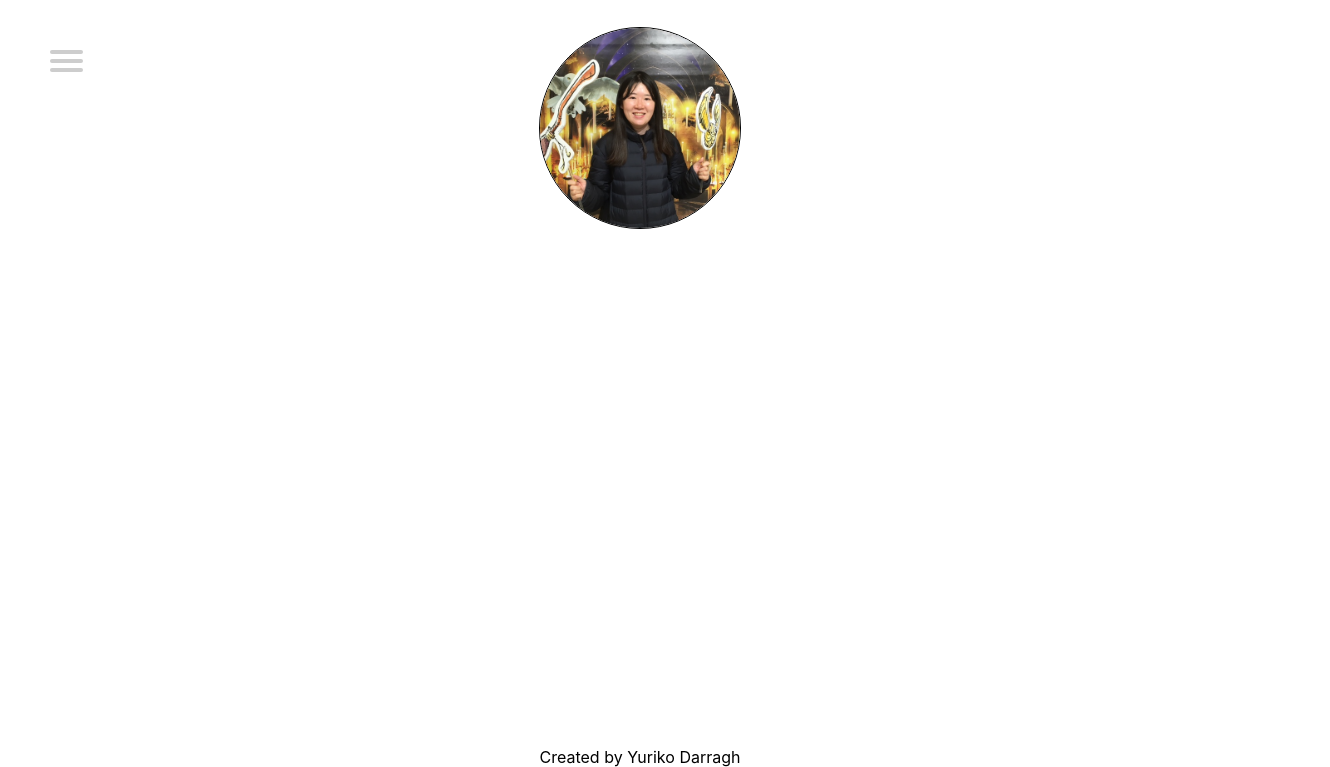
Repository: yuriko-pixel/react-portfolio
Page: /about
An editor plug-in stored every save of this project. The page is shown before and after the next save, followed by the edit.
The browser window is 1280 px wide. The page is 1330 px wide, so the pictures cover 1330 px, including what lies to the right of the window. The pictures show the whole page.
The project was rebuilt for these pictures with package versions that can differ from the ones it lists, and the page was loaded fresh each time. Also part of the build but not shown: src/components/worktemp.js, src/styles/top.module.scss, src/components/links.js, src/components/top.js, src/styles/works.module.scss, src/components/works.js, src/components/home.js.

Above is the page before, as saved 2021-05-19 12:30:02.

After the next save:
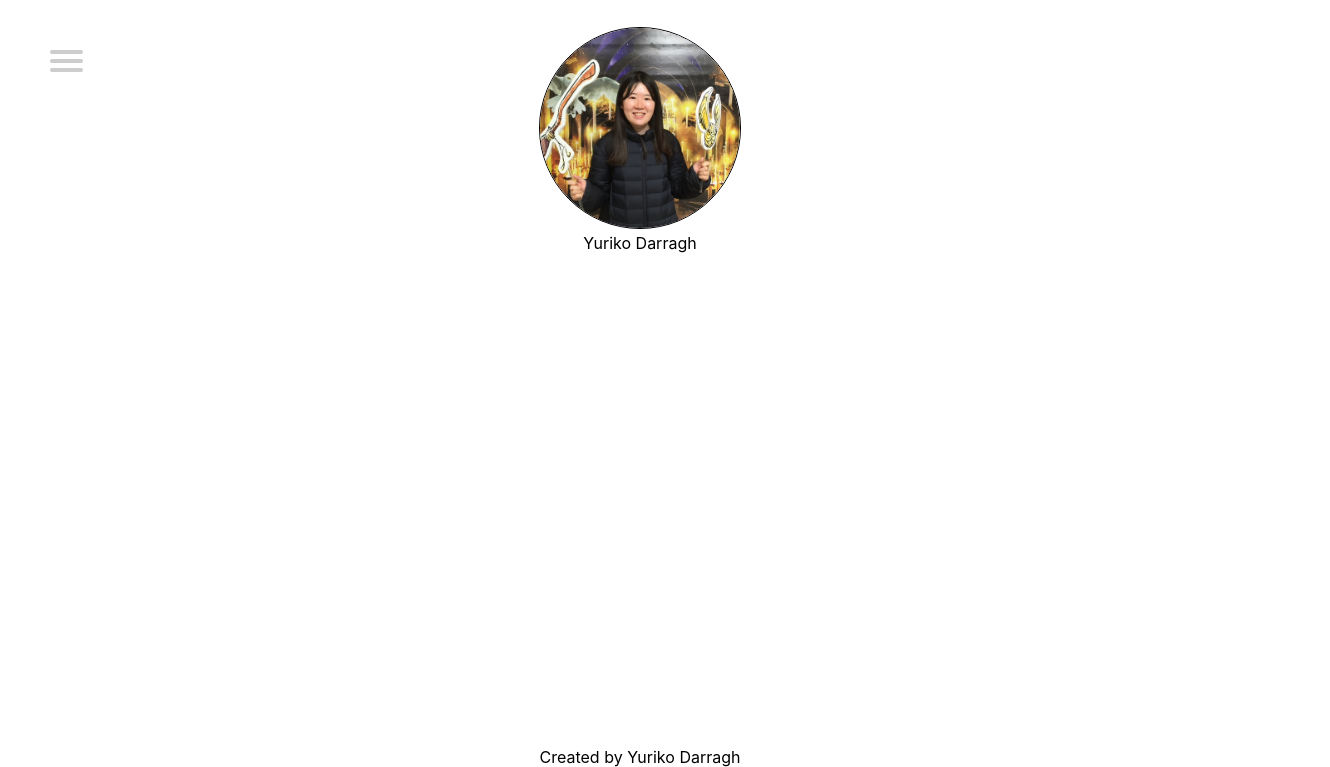
Saved 2 min 51 s later.
--- a/src/components/about.js
+++ b/src/components/about.js
@@ -7,6 +7,9 @@ const About = () => {
     return (
         <div className={profs.container}>
             <img src={img} className={profs.profimg} />
+            <div>
+                Yuriko Darragh
+            </div>
         </div>
     )
 }
